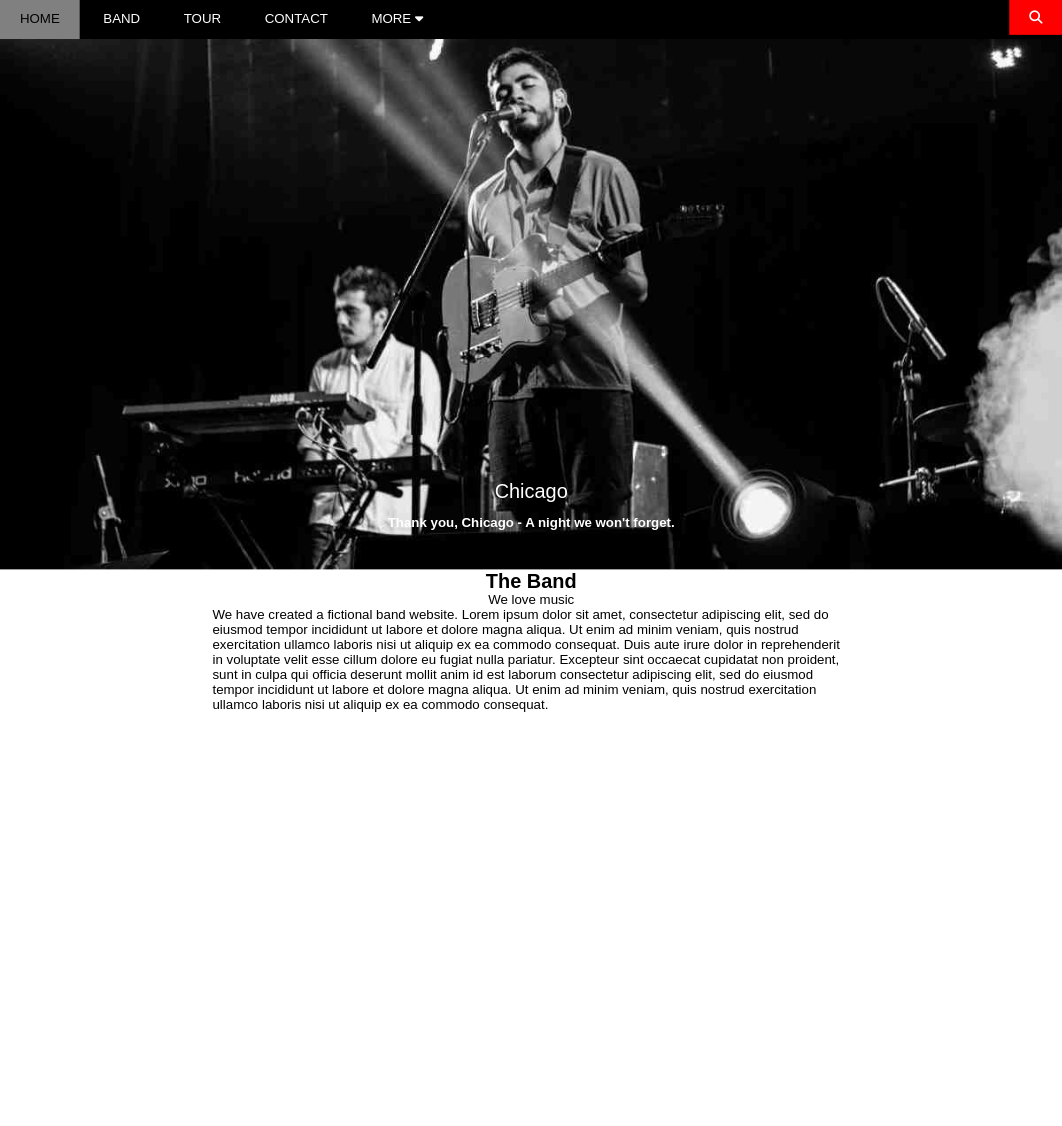
Repository: ngotranphuongbao/theband
Page: index.html
An editor plug-in stored every save of this project. The page is shown before and after the next save, followed by the edit.
The browser window is 1280 px wide. The pictures show the whole page, at 83% of full size.
Some web libraries are served in a nearby version.

Above is the page before, as saved 2022-12-21 19:22:28.

After the next save:
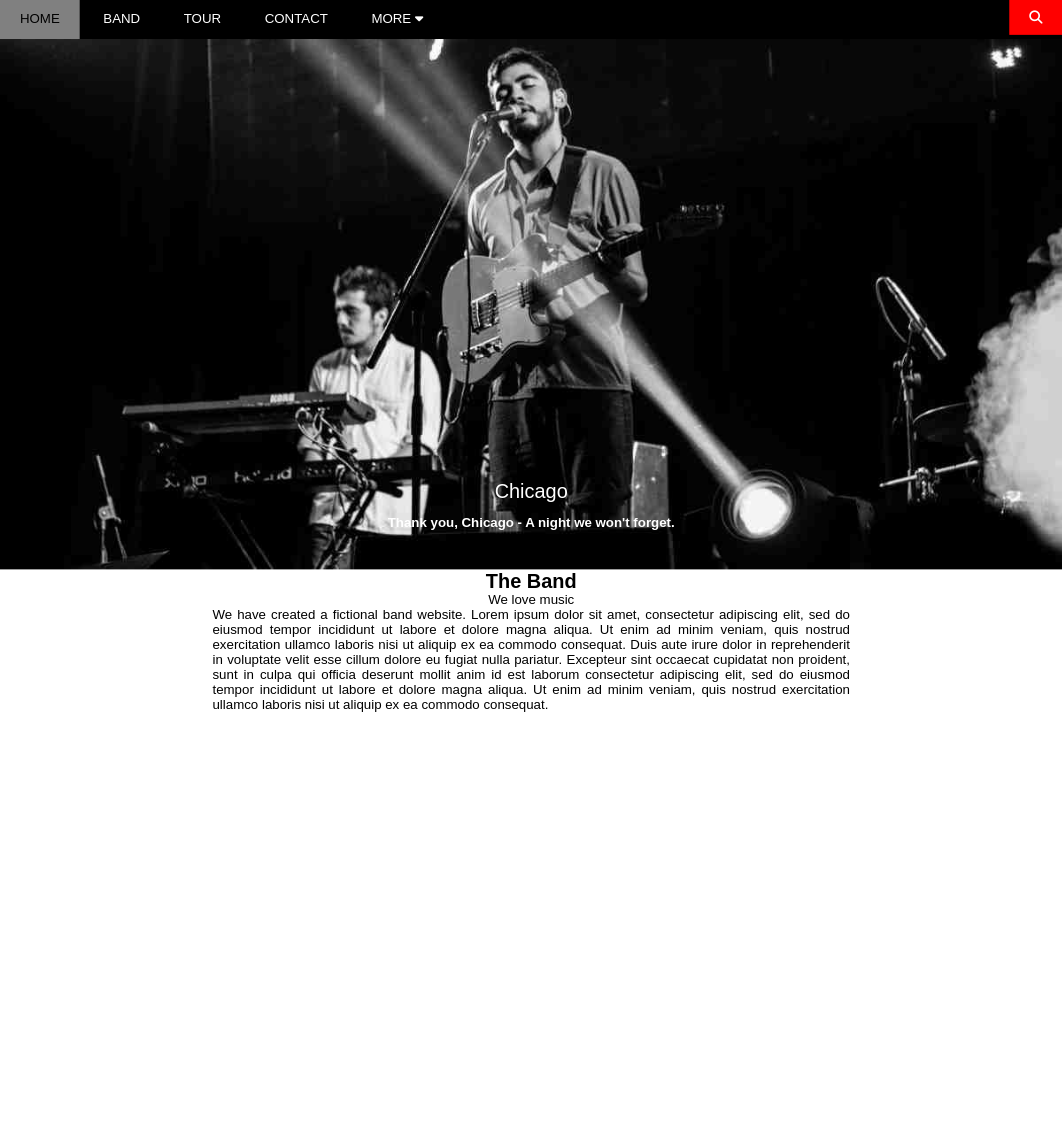
Saved 17 s later.
--- a/assets/css/style.css
+++ b/assets/css/style.css
@@ -136,7 +136,9 @@ html {
     text-align: center;
 }
 
-
+#the-band-about {
+    text-align: justify;
+}
 #footer {
 
 }
